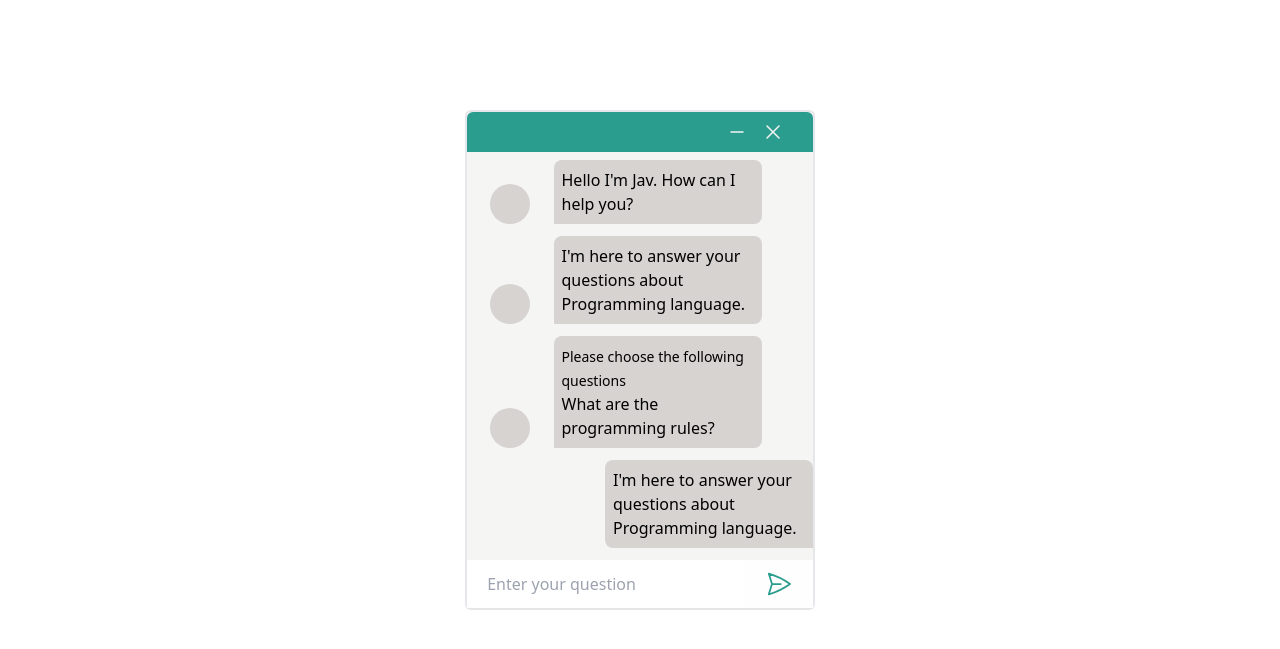
Repository: hsumyatm7308/Chatbot
Page: index.html
The author's editor kept a copy of each file at every save. The page is drawn from the files as they stood at one save, then again after the next save.
The browser window is 1280 px wide. The pictures show the whole page.
Some web libraries are served in a nearby version.

Above is the page before, as saved 2023-07-09 12:34:56.

After the next save:
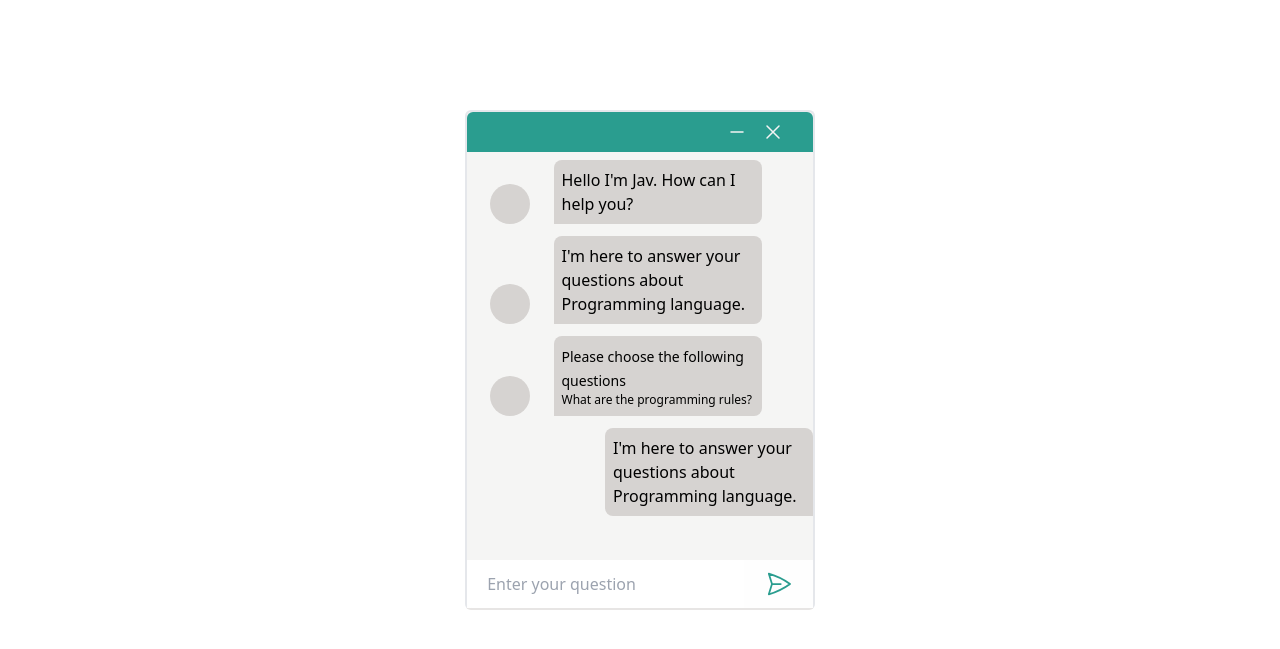
Saved 18 s later.
--- a/index.html
+++ b/index.html
@@ -70,7 +70,7 @@
                                 <span>
                                     <span class="text-sm">Please choose the following questions</span>
                                     <ul>
-                                        <li><a href="">What are the programming rules?</a></li>
+                                        <li class="text-xs"><a href="">What are the programming rules?</a></li>
                                     </ul>
                                 </span>
                             </div>
